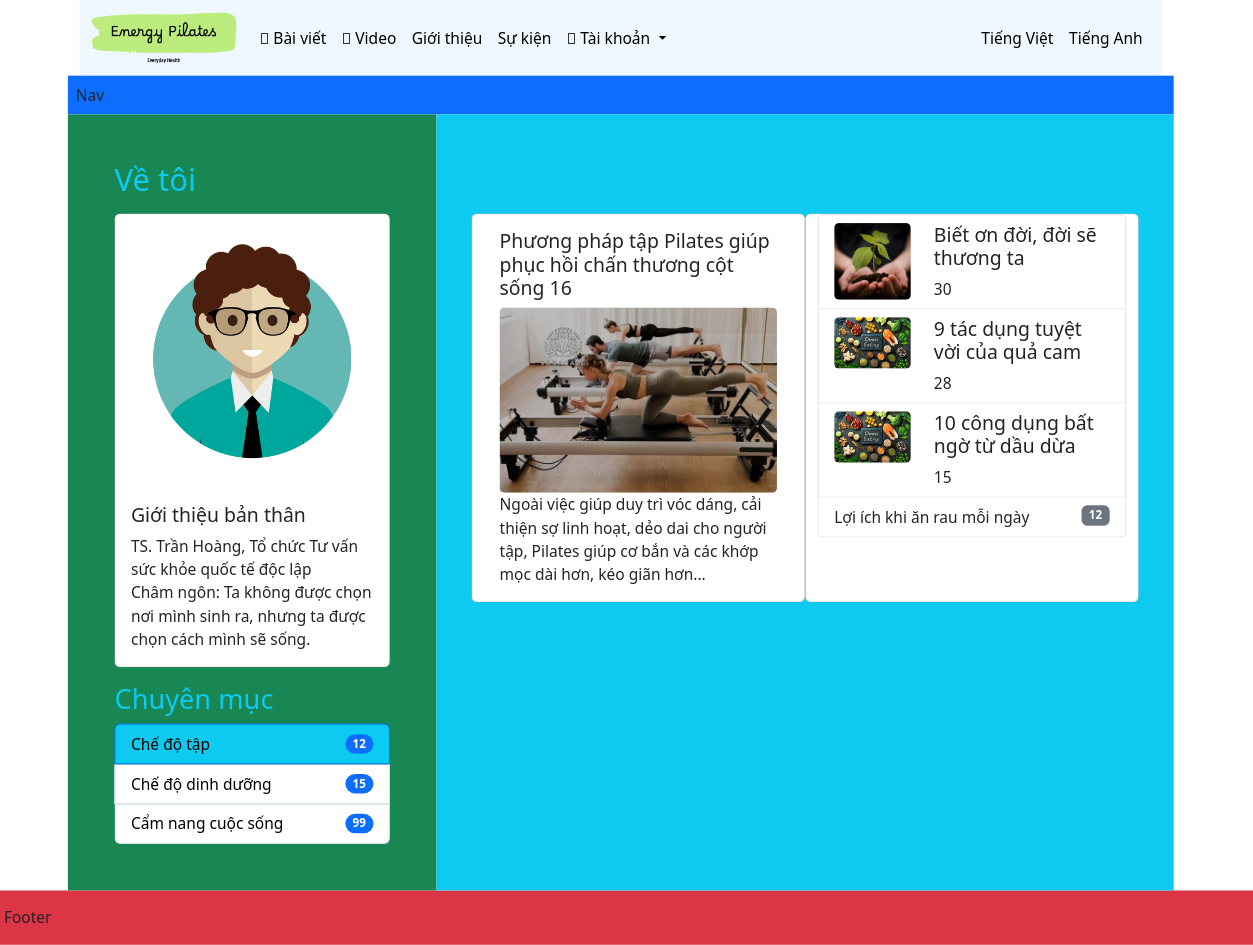
Repository: KizukoHeiwa/SOF308
Page: Lab1/index.html
These files come from the project's save history. The page is drawn as it stood at one moment and after the next save; the edit follows.
The browser window is 1280 px wide. The page is 1292 px wide, so the pictures cover 1292 px, including what lies to the right of the window. The pictures show the whole page, at 97% of full size.

Above is the page before, as saved 2024-10-31 10:38:41.

### Lab1/index.html
<!DOCTYPE html>
<html lang="en">
<head>
    <meta charset="UTF-8">
    <meta name="viewport" content="width=device-width, initial-scale=1.0">
    <title>FPT Polytechnic</title>
    <link href="https://cdn.jsdelivr.net/npm/bootstrap@5.3.3/dist/css/bootstrap.min.css" rel="stylesheet" integrity="sha384-QWTKZyjpPEjISv5WaRU9OFeRpok6YctnYmDr5pNlyT2bRjXh0JMhjY6hW+ALEwIH" crossorigin="anonymous">
    <script src="https://cdn.jsdelivr.net/npm/bootstrap@5.3.3/dist/js/bootstrap.bundle.min.js" integrity="sha384-YvpcrYf0tY3lHB60NNkmXc5s9fDVZLESaAA55NDzOxhy9GkcIdslK1eN7N6jIeHz" crossorigin="anonymous"></script>
    <link rel="stylesheet" href="https://cdnjs.cloudflare.com/ajax/libs/font-awesome/4.7.0/css/font-awesome.min.css">
    <style>
        header{
            background-color: aliceblue;
            /* box-shadow: 1px 1px 2px 1px lightgray; */
        }
        .nav-link{
            color: black;
        }
        .nav-link:hover{
            color: green;
        }
        .navbar-nav .nav-link.active, .navbar-nav .nav-link.show {
            color: green;
        }
    </style>

</head>
<body>
    <div class="container">
        <header>
            <nav class="navbar navbar-expand-sm">
                <div class="container">
                    <a class="navbar-brand" href="#">
                        <img src="img/logo-energy-pilates.png" alt="" style="width: 150px;">
                    </a>
                    <div class="collapse navbar-collapse" id="collapsibleNavbar">
                        <ul class="navbar-nav me-auto">
                            <li class="nav-item">
                                <a class="nav-link" href="#"><i class="fa-solid fa-list"></i> Bài viết</a>
                            </li>
                            <li class="nav-item">
                                <a class="nav-link" href="#"><i class="fa-solid fa-film"></i> Video</a>
                            </li>
                            <li class="nav-item">
                                <a class="nav-link" href="#"><i class="fa-solid fa-circle-info"></i> Giới thiệu</a>
                            </li>
                            <li class="nav-item">
                                <a class="nav-link" href="#"><i class="fa-solid fa-calendar-days"></i> Sự kiện</a>
                            </li>
                            <li class="nav-item dropdown">
                                <a class="nav-link dropdown-toggle" href="#" role="button" data-bs-toggle="dropdown">
                                    <i class="fa-solid fa-user"></i> Tài khoản
                                </a>
                                <ul class="dropdown-menu">
                                    <li><a class="dropdown-item" href="#">Đăng nhập</a></li>
                                    <li><a class="dropdown-item" href="#">Quên mật khẩu</a></li>
                                    <li><a class="dropdown-item" href="#">Đăng ký thành viên</a></li>
                                </ul>
                            </li>
                        </ul>
                        <ul class="navbar-nav d-flex">
                            <li class="nav-item">
                                <a class="nav-link">Tiếng Việt</a>
                            </li>
                            <li class="nav-item">
                                <a class="nav-link">Tiếng Anh</a>
                            </li>
                        </ul>
                    </div>
                </div>
            </nav>
        </header>
        <nav class="row bg-primary p-2">Nav</nav>
        <section class="row">
            <aside class="col-sm-4 bg-success p-5">
                <div class="col-sm">
                    <h2 class="text-info mb-3">Về tôi</h2>
                    <div class="card mb-3">
                        <img src="img/avatar.png" class="card-img-top" alt="">
                        <div class="card-body">
                            <h5 class="card-title">Giới thiệu bản thân</h5>
                            <p class="card-text">TS. Trần Hoàng, Tổ chức Tư vấn sức khỏe quốc tế độc lập <br>
                                Châm ngôn: Ta không được chọn nơi mình sinh ra, nhưng ta được chọn cách mình sẽ sống.
                            </p>
                        </div>
                    </div>

                    <h3 class="text-info mt-2">Chuyên mục</h3>
                    <ul class="list-group">
                        <li class="list-group-item active bg-info d-flex justify-content-between align-items-center">
                            <a class="nav-link" href="#">Chế độ tập</a>
                            <span class="badge bg-primary rounded-pill">12</span>
                        </li>
                        <li class="list-group-item d-flex justify-content-between align-items-center">
                            <a class="nav-link" href="#">Chế độ dinh dưỡng</a>
                            <span class="badge bg-primary rounded-pill">15</span>
                        </li>
                        <li class="list-group-item d-flex justify-content-between align-items-center">
                            <a class="nav-link" href="#">Cẩm nang cuộc sống</a>
                            <span class="badge bg-primary rounded-pill">99</span>
                        </li>
                    </ul>
                    <!-- end Chuyên mục -->
                </div>
            </aside>
            <article class="col-sm-8 bg-info p-5">
                <div class="row">
                        <h2 class="text-info mb-3">Blog của tôi</h2>
                        <div class="card col-sm-6">
                            <div class="card-body">
                                <h5 class="card-title">Phương pháp tập Pilates giúp phục hồi chấn thương cột sống <i class="fa-solid fa-message"></i> 16</h5>
                                <img src="img/tap-piltes.jpg" alt="" class="card-img">
                                <p class="card-text">Ngoài việc giúp duy trì vóc dáng, cải thiện sợ linh hoạt, dẻo dai cho người tập, Pilates giúp cơ bắn và các khớp mọc dài hơn, kéo giãn hơn...</p>
                            </div>
                        </div>
                        <div class="card col-sm-6">
                            <ul class="list-group">
                                <li class="list-group-item d-flex justify-content-between align-items-start">
                                    <div class="row">
                                        <div class="col-4">
                                            <img src="img/corevalue.jpg" alt="" class="card-img">
                                        </div>
                                        <div class="col-8">
                                            <h5>Biết ơn đời, đời sẽ thương ta</h5>
                                            <span>30</span>
                                        </div>
                                    </div>
                                </li>
                                <li class="list-group-item d-flex justify-content-between align-items-start">
                                    <div class="row">
                                        <div class="col-4">
                                            <img src="img/eat-clean.png" alt="" class="card-img">
                                        </div>
                                        <div class="col-8">
                                            <h5>9 tác dụng tuyệt vời của quả cam</h5>
                                            <span>28</span>
                                        </div>
                                    </div>
                                </li>
                                <li class="list-group-item d-flex justify-content-between align-items-start">
                                    <div class="row">
                                        <div class="col-4">
                                            <img src="img/eat-clean.png" alt="" class="card-img">
                                        </div>
                                        <div class="col-8">
                                            <h5>10 công dụng bất ngờ từ dầu dừa</h5>
                                            <span>15</span>
                                        </div>
                                    </div>
                                </li>
                                <li class="list-group-item d-flex justify-content-between align-items-start">
                                    Lợi ích khi ăn rau mỗi ngày
                                    <span class="badge bg-secondary">12</span>
                                </li>
                            </ul>
                        </div>
                    </div>
                </div>
            </article>
        </section>
        <footer class="row bg-danger p-3">Footer</footer>
    </div>
</body>
</html>

After the next save:
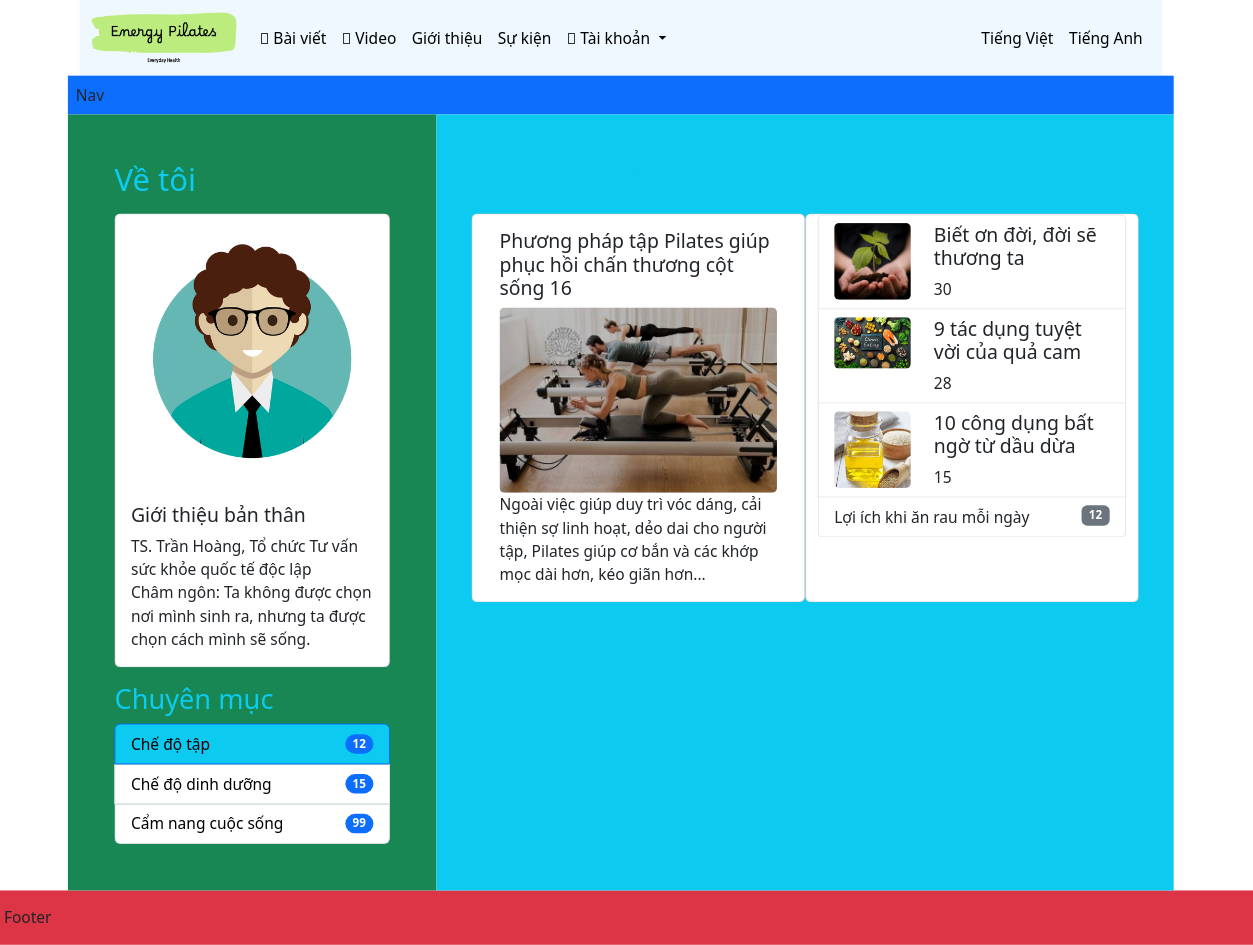
Saved 7 s later.
--- a/Lab1/index.html
+++ b/Lab1/index.html
@@ -139,7 +139,7 @@
                                 <li class="list-group-item d-flex justify-content-between align-items-start">
                                     <div class="row">
                                         <div class="col-4">
-                                            <img src="img/eat-clean.png" alt="" class="card-img">
+                                            <img src="img/sesameoil_300x300.jpg" alt="" class="card-img">
                                         </div>
                                         <div class="col-8">
                                             <h5>10 công dụng bất ngờ từ dầu dừa</h5>
